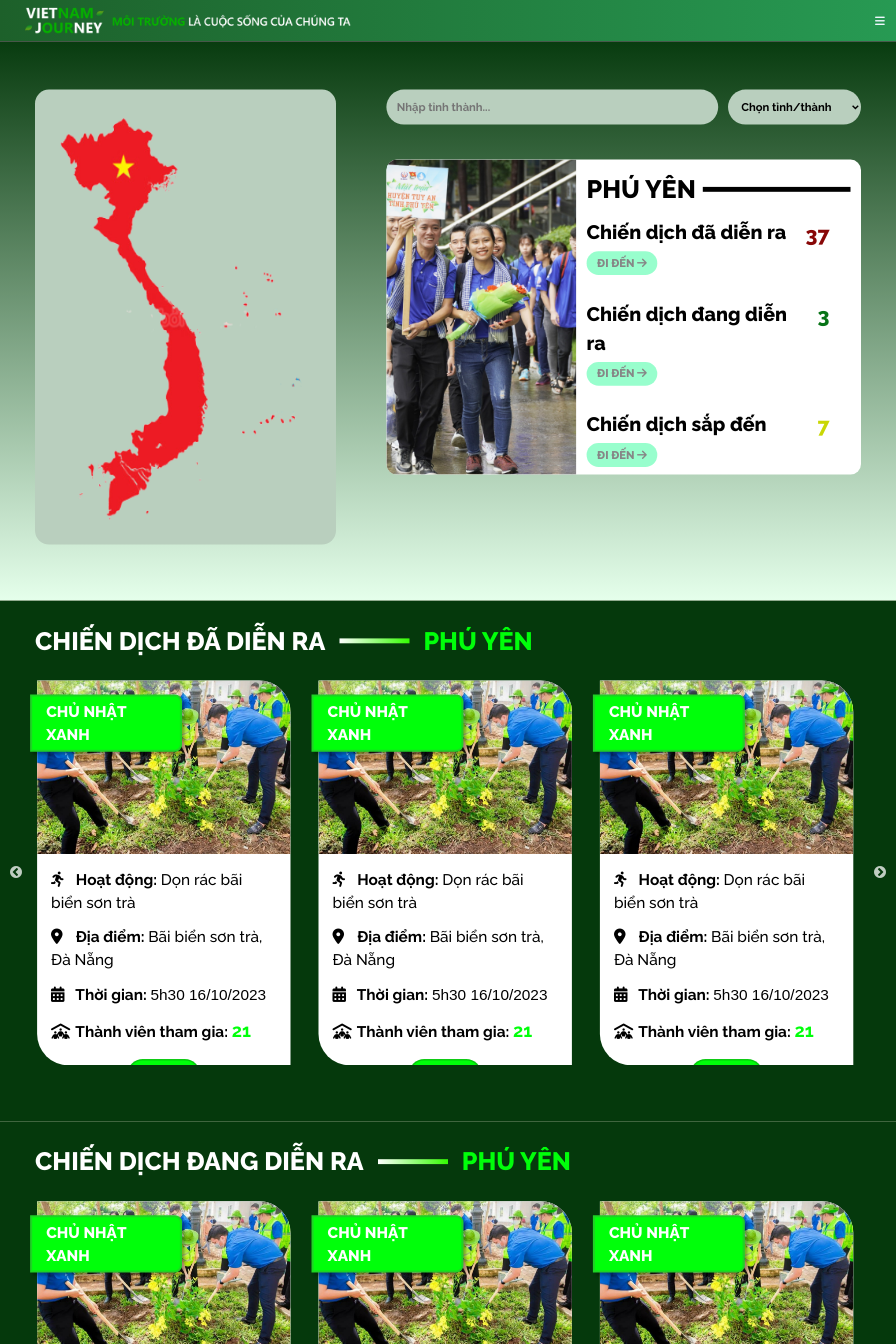
Repository: Boima12/Boima12.github.io_VietnamJourney
Page: HTML/ChienDich/ChienDich.html
An editor plug-in stored every save of this project. The page is shown before and after the next save, followed by the edit.
The browser window is 1280 px wide. The pictures show the part of the page from y = 0 to 1920 px (the page is 4640 px tall), at 70% of full size.

Above is the page before, as saved 2024-05-25 13:36:55.

After the next save:
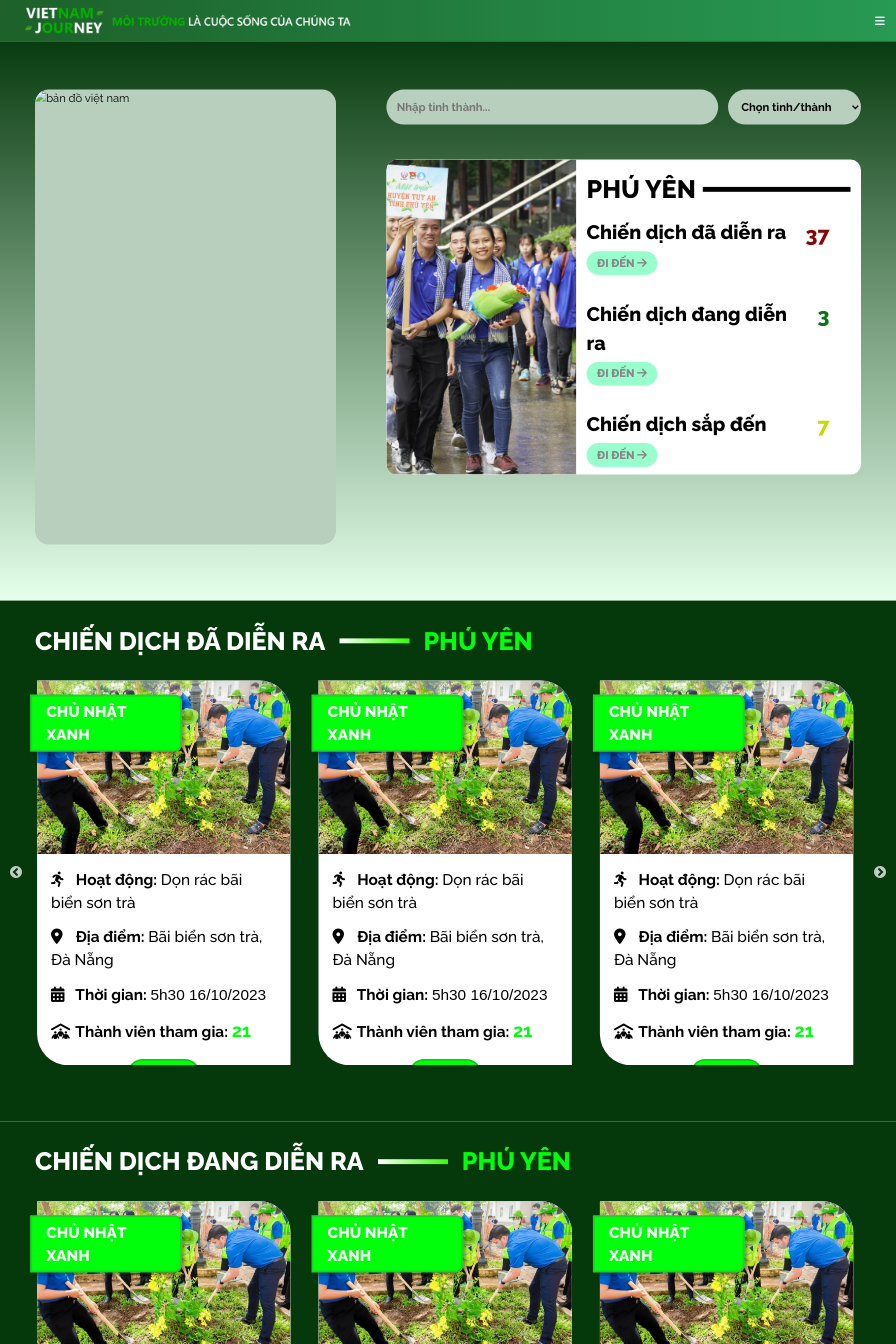
Not found: HTML/ChienDich/images/map.svg
Saved 4 min 54 s later.
--- a/HTML/ChienDich/ChienDich.html
+++ b/HTML/ChienDich/ChienDich.html
@@ -98,7 +98,7 @@
             <div class="row">
                 <div class="col-xl-5  col-lg-5 col-md-12 col-sm-12 col-12">
                     <div class="map">
-                        <img src="./images/bando.png" alt="bản đồ việt nam">
+                        <img src="./images/map.svg" alt="bản đồ việt nam">
                     </div>
                 </div>
                 <div class="col-xl-7 col-lg-7 col-md-12 col-sm-12 col-12">
